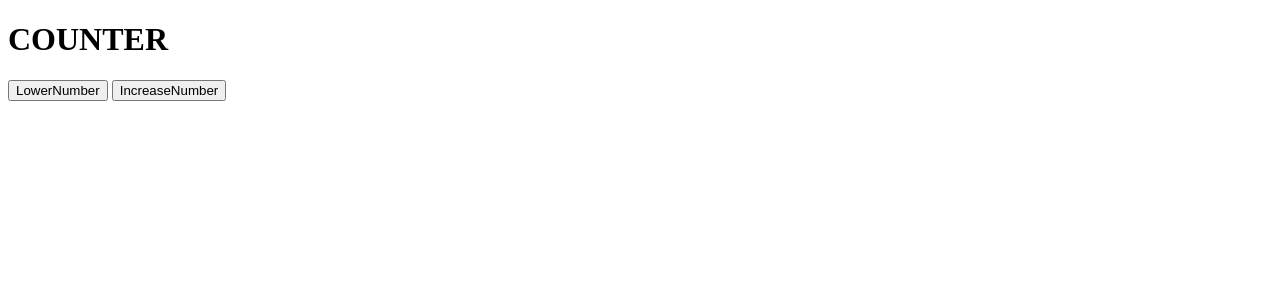
Repository: Sgalstyan06/counterNum
Page: index.html
An editor plug-in stored every save of this project. The page is shown before and after the next save, followed by the edit.
The browser window is 1280 px wide. The pictures show the whole page.

Above is the page before, as saved 2022-02-14 16:33:14.

After the next save:
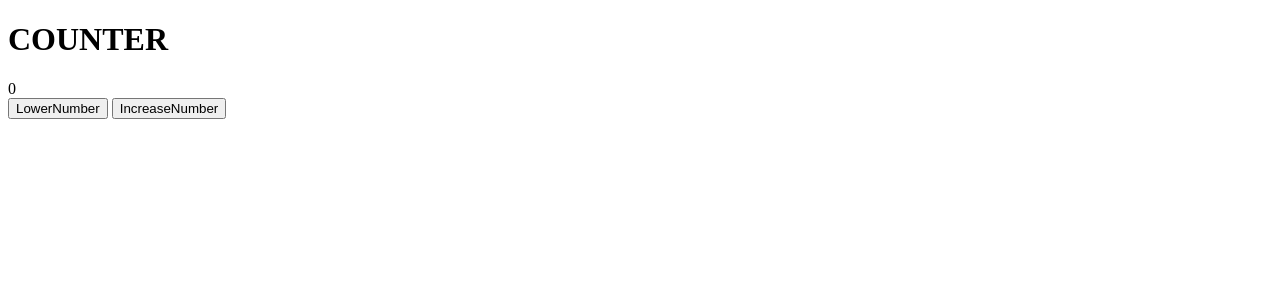
Saved 18 s later.
--- a/index.html
+++ b/index.html
@@ -10,7 +10,7 @@
 <body>
     <div class="main">
         <div><h1>COUNTER</h1></div>
-        <div></div>
+        <div>0</div>
         <div>
             <button>LowerNumber</button>
             <button>IncreaseNumber</button>
